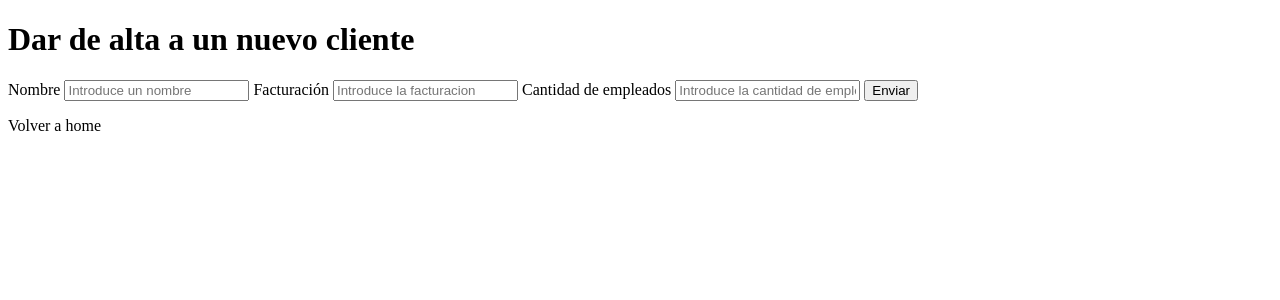
Repository: HimarRH/practica_spring_boot
Page: http://localhost/formAlta
The author's editor kept a copy of each file at every save. The page is drawn from the files as they stood at one save, then again after the next save.
The browser window is 1280 px wide. The pictures show the whole page.
The page is this project's Thymeleaf template; nobody is signed in. The template is opened directly, without the code that normally fills it, so the values that code supplies are empty.

Above is the page before, as saved 2023-10-26 12:09:55.

After the next save:
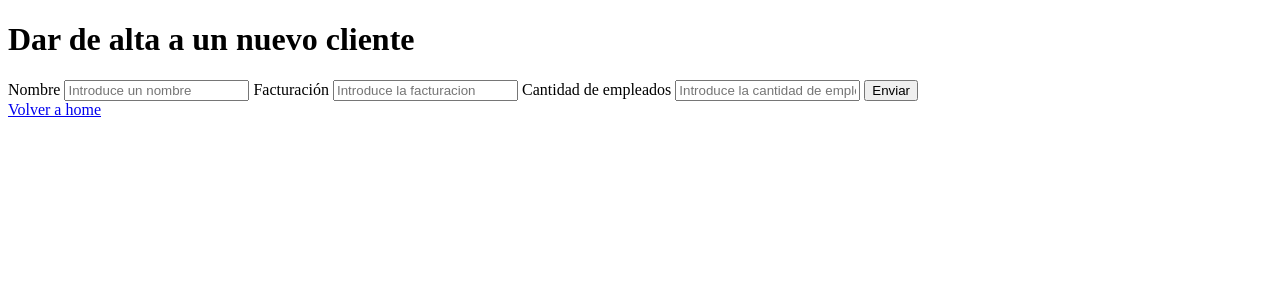
Saved 6 min 21 s later.
--- a/01_springboot_practica/src/main/resources/templates/formAlta.html
+++ b/01_springboot_practica/src/main/resources/templates/formAlta.html
@@ -17,6 +17,6 @@
 		<input type="submit" value="Enviar">
 	</form>
 
-	<p th:href="@{/}">Volver a home</p>
+	<a th:href="@{/}">Volver a home</a>
 </body>
 </html>
